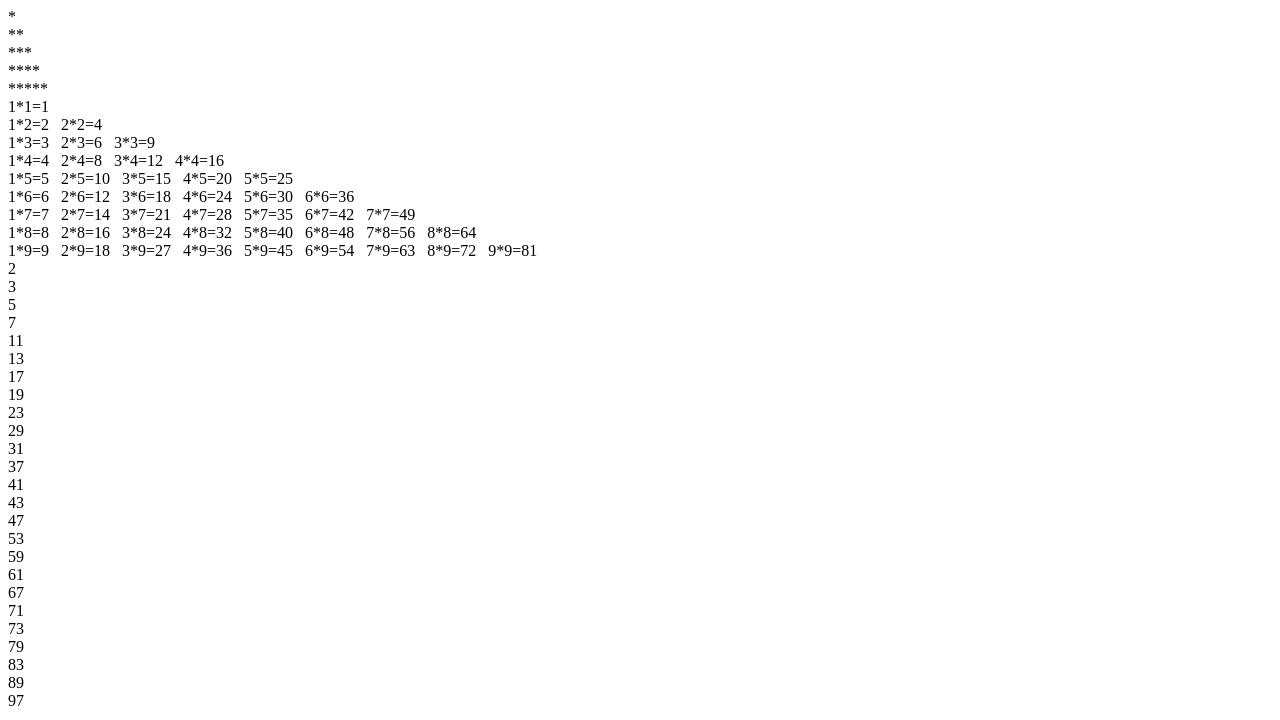
Repository: w441813542/webrecord
Page: JavaScript部分/20for循环练习.html
The author's editor kept a copy of each file at every save. The page is drawn from the files as they stood at one save, then again after the next save.
The browser window is 1280 px wide. The pictures show the whole page.

Above is the page before, as saved 2021-03-18 10:42:44.

### JavaScript部分/20for循环练习.html
<html lang="en">

<head>
    <meta charset="UTF-8">
    <meta http-equiv="X-UA-Compatible" content="IE=edge">
    <meta name="viewport" content="width= , initial-scale=1.0">
    <title>Document</title>
    <script type="text/javascript">
        /**

        输出：
          *
          **
          ***
          ****
          *****
        */
        for (var i = 1; i <= 5; i++) {
            for (var j = 0; j < i; j++) {
                document.write("*");
            }
            document.write("<br/>");
        }

        /**
         * 打印九九乘法表
         */

        for (var i = 1; i <= 9; i++) {
            for (var j = 1; j <= i; j++) {
                document.write(j + "*" + i + "=" + (i * j) + "&nbsp;&nbsp;&nbsp;");
            }
            document.write("<br/>");
        }


        /**
         * 打印1-100所有质数
         */
        for (var i = 2; i <= 100; i++) {
            var flag = true;
            for (var j = 2; j < i; j++) {
                if (i % j == 0) {
                    flag = false;
                }
            }
            if (flag) {
                document.write(i + "<br/>");
            }
        }
    </script>
</head>

<body>
</body>

</html>

After the next save:
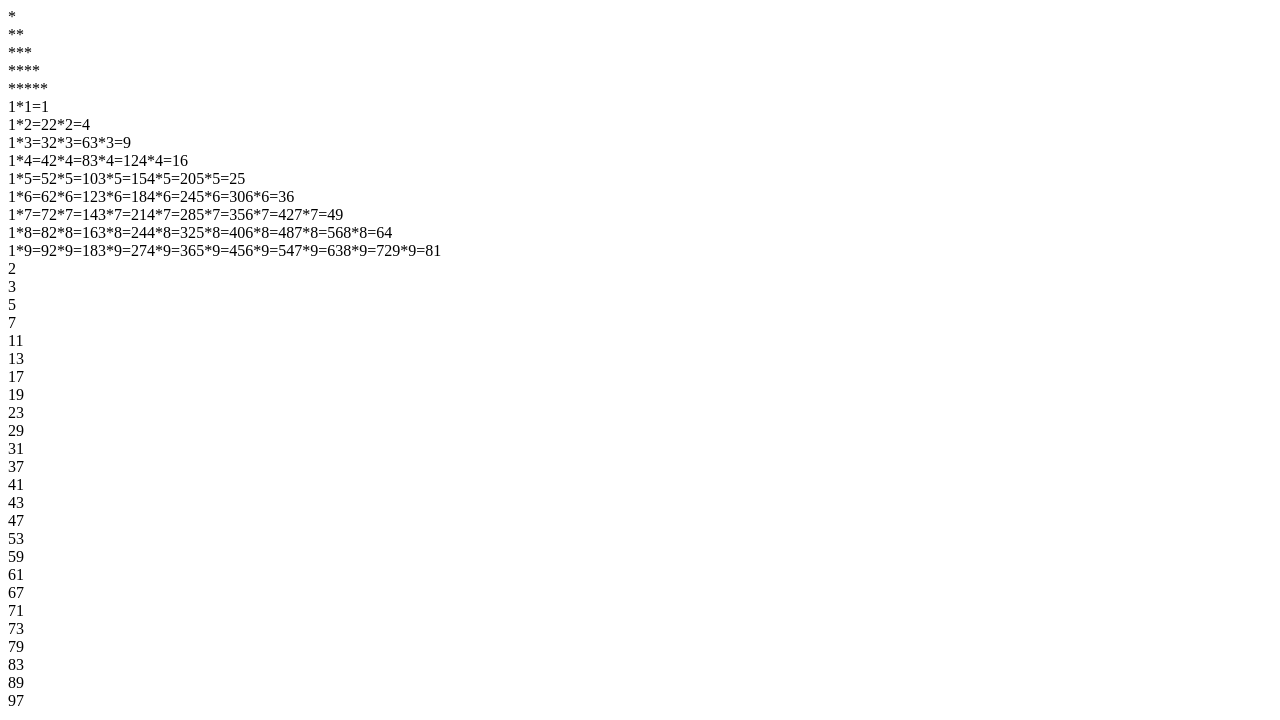
Saved 4 min 48 s later.
--- a/JavaScript部分/20for循环练习.html
+++ b/JavaScript部分/20for循环练习.html
@@ -28,7 +28,7 @@
 
         for (var i = 1; i <= 9; i++) {
             for (var j = 1; j <= i; j++) {
-                document.write(j + "*" + i + "=" + (i * j) + "&nbsp;&nbsp;&nbsp;");
+                document.write("<span>" + j + "*" + i + "=" + (i * j) + "</span>");
             }
             document.write("<br/>");
         }
